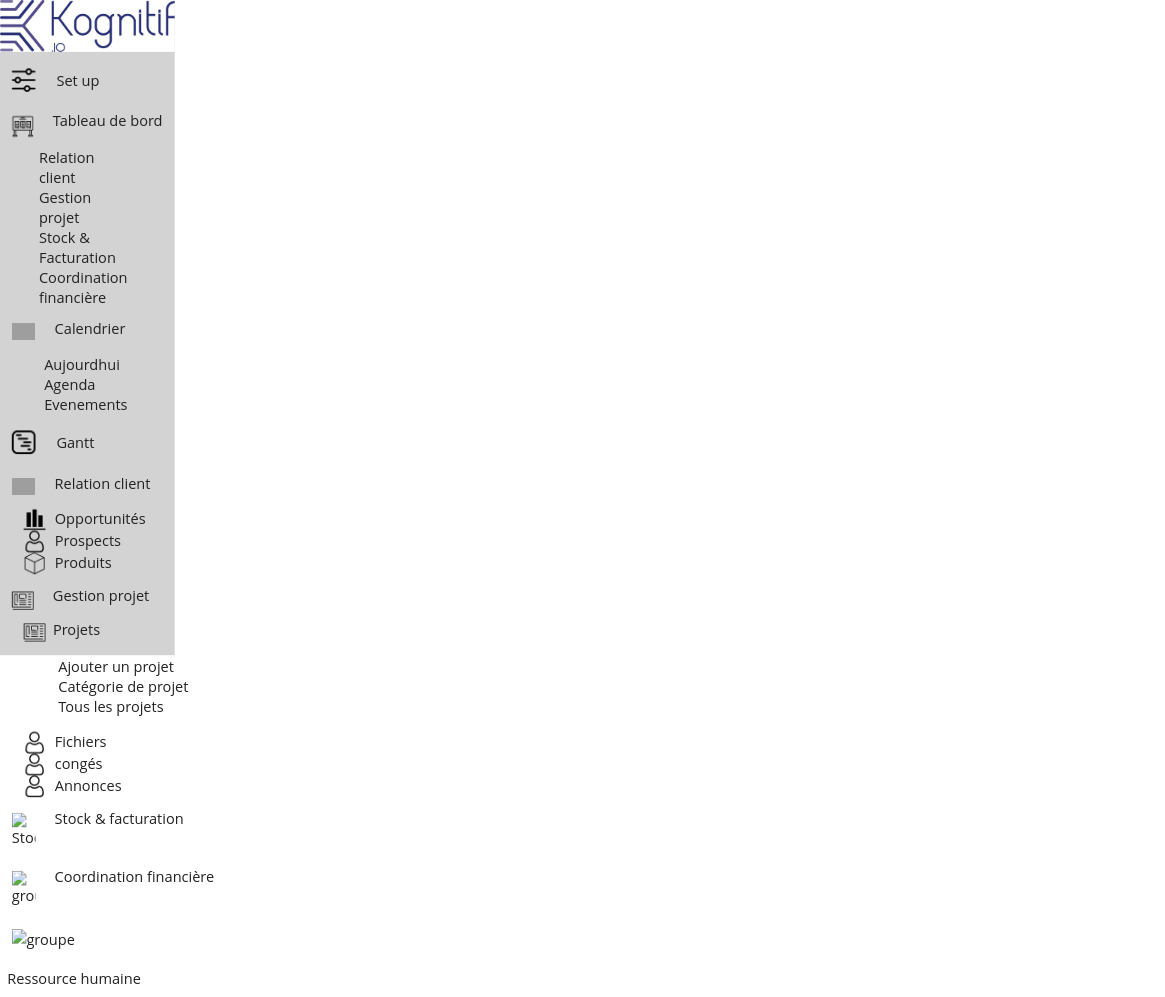
Repository: Cordelia013/testKognitifs
Page: index.html
The author's editor kept a copy of each file at every save. The page is drawn from the files as they stood at one save, then again after the next save.
The browser window is 1280 px wide. The pictures show the whole page, at 91% of full size.
Pictures or frames that could not be fetched are drawn as grey boxes.

Above is the page before, as saved 2021-08-05 22:17:45.

### index.html
<!DOCTYPE html>
<html lang="en">
  <head>
    <meta charset="UTF-8" />
    <meta http-equiv="X-UA-Compatible" content="IE=edge" />
    <meta name="viewport" content="width=device-width, initial-scale=1.0" />
    <link
      rel="stylesheet"
      href="https://cdnjs.cloudflare.com/ajax/libs/font-awesome/4.7.0/css/font-awesome.min.css"
    />

    <link rel="stylesheet" href="/styles/main.css" />
    <title>Konnexion</title>
  </head>

  <body>
    <!-- 1er partie -->

    <nav>
      <div class="logo">
        <img src="/img/Kognitif-1.jpg" alt="logo" />
      </div>
      <ul class="navbarsec1">
        <li class="list">
          <img src="/img/png/002-equalizer.png" alt="equalizer" />
          <a href="#">Set up</a>
        </li>

        <li class="navBoard">
          <img src="/img/png/003-bulletin-board.png" alt="board" />
          <a href="#">Tableau de bord </a>

          <ul class="menuBoard">
            <li>Relation client</li>
            <li>Gestion projet</li>
            <li>Stock & Facturation</li>
            <li>Coordination financière</li>
          </ul>
        </li>

        <li class="navBoard">
          <img src="/img/png/001-calendar.png" alt="calendar" />
          <a href="#">Calendrier</a>

          <ul class="menuBoard">
            <li>Aujourdhui</li>
            <li>Agenda</li>
            <li>Evenements</li>
          </ul>
        </li>

        <li>
          <img src="/img/png/004-diagramme-de-gantt.png" alt="" />
          <a href="#">Gantt</a>
        </li>
      </ul>
      <!-- deuxieme partie de la navBar  -->
      <ul class="navbarsec1">
<!-- relationclient -->
        <li class="navBoard">
          <img src="/img/png/002-group.png" alt="client" />
          <a href="#">Relation client</a>
            <ul class="menuBoard menudrop">
                <li >
                    <img src="/img/png/001-down-align.png" alt="client"/>
                    <a href="#">Opportunités</a>
                </li>
                <li>
                    <img src="/img/png/003-user.png" alt="client" />
                    <a href="#">Prospects</a>
                </li>
                <li>
                    <img src="/img/png/004-cube.png" alt="client" />
                    <a href="#">Produits</a>
                </li>
            </ul>
        </li>
<!-- gestion de projet -->
        <li class="navBoard">
          <img src="/img/png/007-annonceur.png" alt="projet" />
          <a href="#">Gestion projet</a>
          <ul class="menuBoard menudrop">
            <li class="navBoard">
                <img class="ssImg" src="/img/png/007-annonceur.png" alt="" />
                <a href="#">Projets</a>
                <ul class="ssMenuBoard menuBoard">
                    <li>Ajouter un projet</li>
                    <li>Catégorie de projet</li>
                    <li>Tous les projets</li>
                </ul>
              </li>
              <li>
                <img src="/img/png/003-user.png" alt="client" />
                <a href="#">Fichiers</a>
              </li>
              <li>
                <img src="/img/png/003-user.png" alt="client" />
                <a href="#">congés</a>
              </li>
              <li>
                <img src="/img/png/003-user.png" alt="client" />
                <a href="#">Annonces</a>
              </li>
                </ul>
        </li>
        <li class="navBoard menudrop">
          <img src="" alt="Stock" />
          <a href="#">Stock & facturation</a>
          <!-- <ul class="menuBoard">
                    <li>Aujourdhui</li>
                    <li>Agenda</li>
                    <li>Evenements</li>
                </ul> -->
        </li>
        <li class="navBoard">
          <img src="" alt="groupe" />
          <a href="#">Coordination financière</a>
          <!-- <ul class="menuBoard">
                    <li>Aujourdhui</li>
                    <li>Agenda</li>
                    <li>Evenements</li>
                </ul> -->
        </li>
        <li class="navBoard">
          <img src="" alt="groupe" />
          <a href="#">Ressource humaine</a>
          <!-- <ul class="menuBoard">
                    <li>Aujourdhui</li>
                    <li>Agenda</li>
                    <li>Evenements</li>
                </ul> -->
        </li>
      </ul>
    </nav>
    <script src="/script/main.js"></script>
  </body>
</html>

### styles/main.css
* {
    margin: 0;
    padding: 0;
    box-sizing: border-box;
}

/* général */

html,
body {
    font-family: "Open Sans", sans-serif;
    color: #222;
}
h1,
h2,
h3 {
    margin-bottom: 2px;
}

a {
    color: #222;
    text-decoration: none;
}
a:hover {
    color: blue;
}
p {
    margin-bottom: 10px;
}

li {

    list-style: none;
}

ul li img {
   padding: 0 10px;
}
nav{
    background-color: lightgrey;
    display: flex;
    flex-direction: column;
    /* justify-content: space-around; */
    /* align-items: center; */
    height: 100vh;
    width: 15%;
}

.logo > img:nth-child(1) {
    max-width: 100%;
   }

.navbarsec1 > li:nth-child(1),
li:nth-child(2),
li:nth-child(3),
li:nth-child(4) {
    display:flex;
    justify-content: left;

}

.navbarsec1 > li > a {
    padding: 10px;
    display: flex;
    align-items: center;

}
.navbarsec1 > li > img:nth-child(1) {
    width: 2rem;
    margin: 10px;
    padding: 3px;
    height: max-content;
}

.navBoard > a:nth-child(2) {
    width: 144px;
    height: max-content;
    width: 100vw;
    margin: -2px;
   }




/* navBar */

.navbarsec1 {
    width: 33rem;
    /* border: 1px solid black; */
}

.menuBoard {
    display:none;
    position: relative;
    top: 2rem;
    right: 372px;
    width: 124px;
    margin: 3%;
   }

.menuBoard li{

    display: flex;
   }

.navBoard .menuBoard {
    display: flex;
    flex-direction: column;
    padding-bottom:20px;
  }
 /* deuxieme partie de la navBar   */

.ssImg{
    height: max-content;
   }

.ssMenuBoard{

position:relative;
top: 1rem;
right: 66px;
margin: 13px;
padding: 9px;
width: max-content;
}
.ssMenuBoard > li{
    width: max-content;
    text-align: center;
   }

.menudrop:active{
    display: block;
}

### script/main.js
var dropdown = document.querySelector('.menudrop').addEventListener("click", openMenu);

function openMenu(){

    document.guerySelector('menudrop').classList.toggle("active");
}

After the next save:
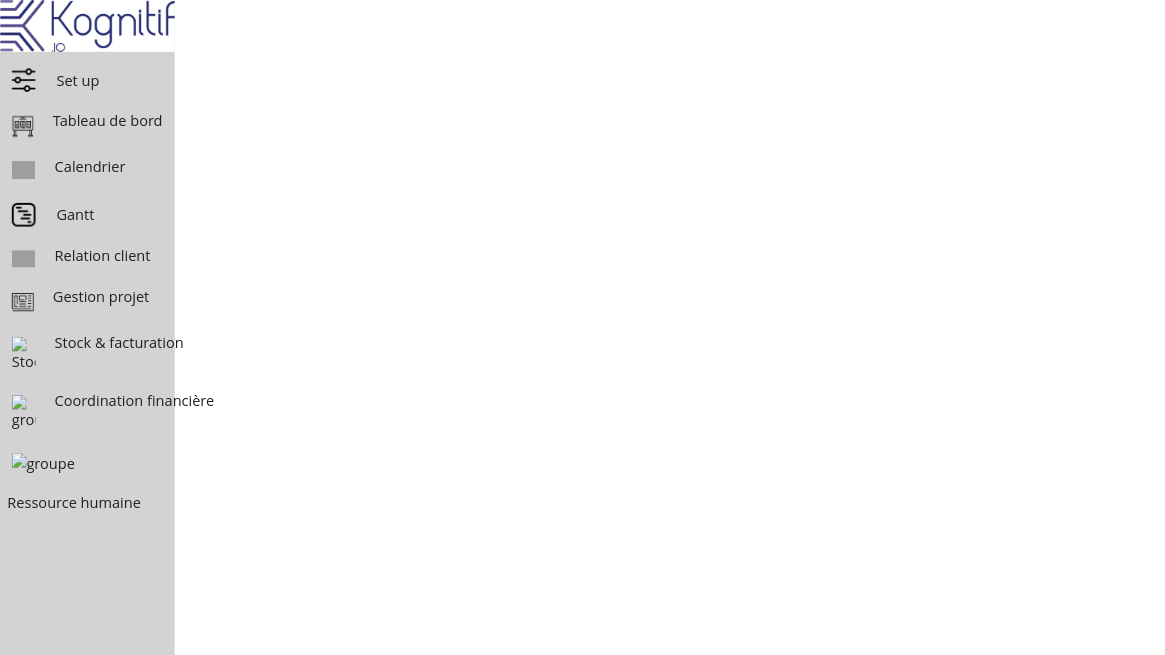
Saved 60 s later.
--- a/styles/main.css
+++ b/styles/main.css
@@ -103,7 +103,7 @@
     display: flex;
    }
 
-.navBoard .menuBoard {
+.navBoard:hover .menuBoard {
     display: flex;
     flex-direction: column;
     padding-bottom:20px;
